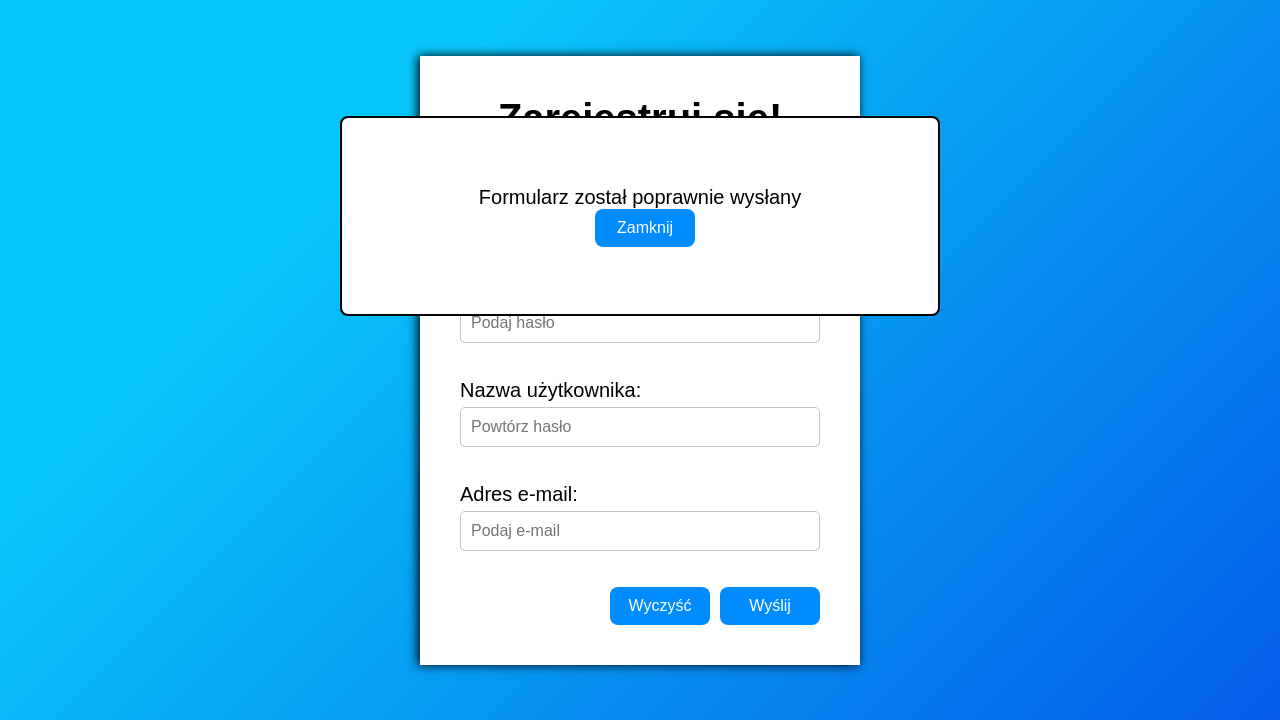
Repository: KrzysKolo/Projekt-3_Formularz-rejestracyjny
Page: index.html
The author's editor kept a copy of each file at every save. The page is drawn from the files as they stood at one save, then again after the next save.
The browser window is 1280 px wide. The pictures show the whole page.
Some web fonts or font styles are not loaded; a fallback is used.

Above is the page before, as saved 2020-07-04 03:46:25.

### index.html
<!DOCTYPE html>
<html lang="en">
  <head>
    <meta charset="UTF-8" />
    <meta name="viewport" content="width=device-width, initial-scale=1.0" />
    <title>Projekt 3 - Logowanie</title>
    <link
      href="https://fonts.googleapis.com/css2?family=Aldrich&family=Overpass+Mono:wght@300&display=swap"
      rel="stylesheet"
    />
    <link rel="stylesheet" href="./css/style.css" />
  </head>
  <body>
    <main class="wrapper">
      <form class="form">
        <h1>Zarejestruj się!</h1>
        <div class="form-box">
          <label for="username">Nazwa użytkownika: </label>
          <input
            type="text"
            id="username"
            placeholder="Podaj nazwę użytkownika"
          />
          <p class="error-text">error</p>
        </div>

        <div class="form-box">
          <label for="password">Hasło: </label>
          <input type="password" id="password" placeholder="Podaj hasło" />
          <p class="error-text">error</p>
        </div>

        <div class="form-box">
          <label for="password2">Nazwa użytkownika: </label>
          <input type="password" id="password2" placeholder="Powtórz hasło" />
          <p class="error-text">error</p>
        </div>

        <div class="form-box">
          <label for="email">Adres e-mail: </label>
          <input type="email" id="email" placeholder="Podaj e-mail" />
          <p class="error-text">error</p>
        </div>

        <div class="control-button">
          <button class="clear">Wyczyść</button>
          <button class="send">Wyślij</button>
        </div>

        <div class="popup">
          <p>Formularz został poprawnie wysłany</p>
          <button class="close">Zamknij</button>
        </div>
      </form>
    </main>
  </body>
</html>

### css/style.css
* {
  box-sizing: border-box;
  margin: 0;
  padding: 0;
}
body {
  display: flex;
  justify-content: center;
  align-items: center;
  min-height: 100vh;
  font-family: "Aldrich", sans-serif;
  background-image: linear-gradient(315deg, #045de9 0%, #09c6f9 74%);
}
.wrapper {
  width: 440px;
  background-color: #fff;
  box-shadow: -2px 0 10px #000;
}
.form {
  padding: 40px;
  font-size: 20px;
}
h1 {
  margin-bottom: 30px;
  text-align: center;
}
.form-box {
  margin-bottom: 15px;
}
.form-box label {
  display: inline-block;
  margin-bottom: 5px;
}
.form-box input {
  width: 100%;
  padding: 10px;
  font-size: 16px;
  border: 1px solid rgb(197, 197, 197);
  border-radius: 5px;
}
.form-box.error input {
  border: 1px solid rgb(0, 117, 250);
  background-color: 1px solid rgba(0, 117, 250, 0.1);
}
.form-box .error-text {
  margin: 5px 0 0 10px;
  font-size: 14px;
  color: 1px solid rgb(0, 117, 250);
  font-family: "Overpass Mono", monospace;
  visibility: hidden;
}
.form-box.error .error-text {
  visibility: visible;
}
.control-button {
  display: flex;
  flex-direction: row;
  justify-content: flex-end;
}
.send,
.clear,
.close {
  display: inline-block;
  padding: 10px 0;
  margin-left: 10px;
  width: 100px;
  font-size: 16px;
  background-color: rgb(0, 140, 255);
  color: #fff;
  border: none;
  border-radius: 8px;
  cursor: pointer;
  transition: background-color 0.3s;
}
.send:hover,
.clear:hover,
.close:hover {
  background-color: rgb(0, 107, 194);
}
.popup {
  display: flex;
  justify-content: center;
  align-items: center;
  flex-direction: column;
  position: absolute;
  top: 30%;
  left: 50%;
  transform: translate(-50%, -50%);
  width: 600px;
  height: 200px;
  background-color: #fff;
  border-radius: 8px;
  border: 2px solid black;
}

After the next save:
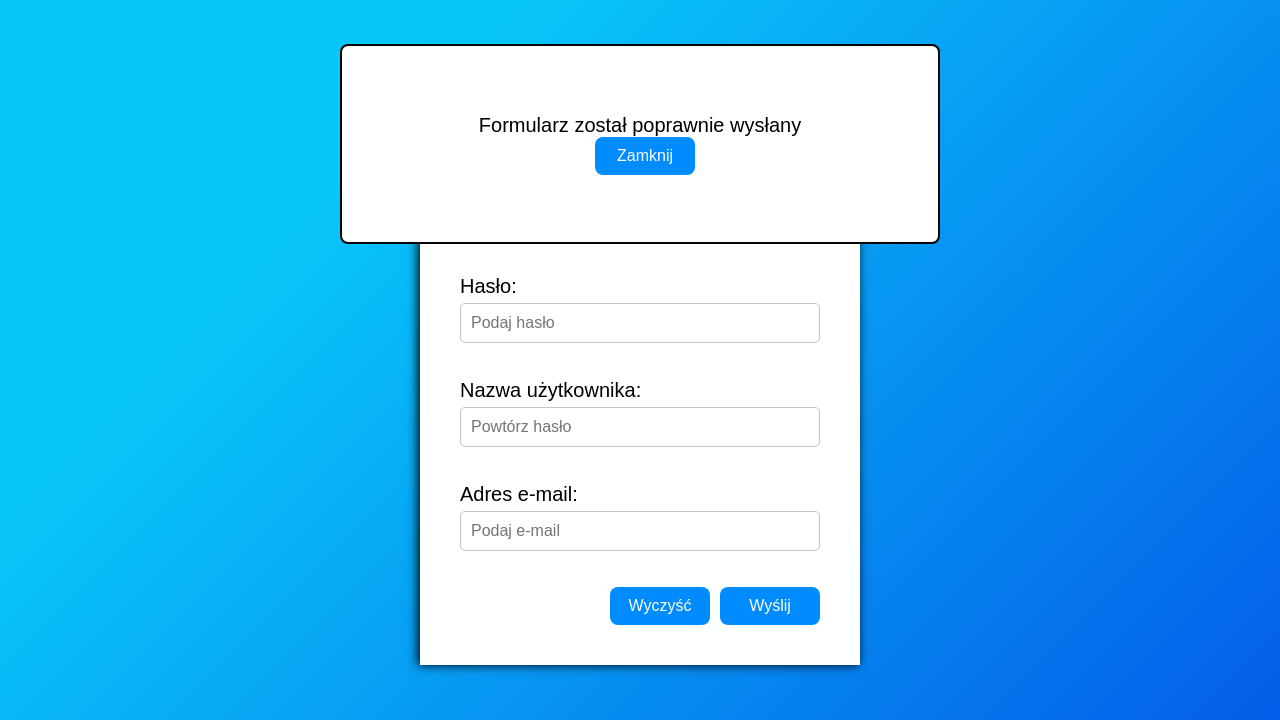
Saved 5 s later.
--- a/css/style.css
+++ b/css/style.css
@@ -83,7 +83,7 @@ h1 {
   align-items: center;
   flex-direction: column;
   position: absolute;
-  top: 30%;
+  top: 20%;
   left: 50%;
   transform: translate(-50%, -50%);
   width: 600px;
